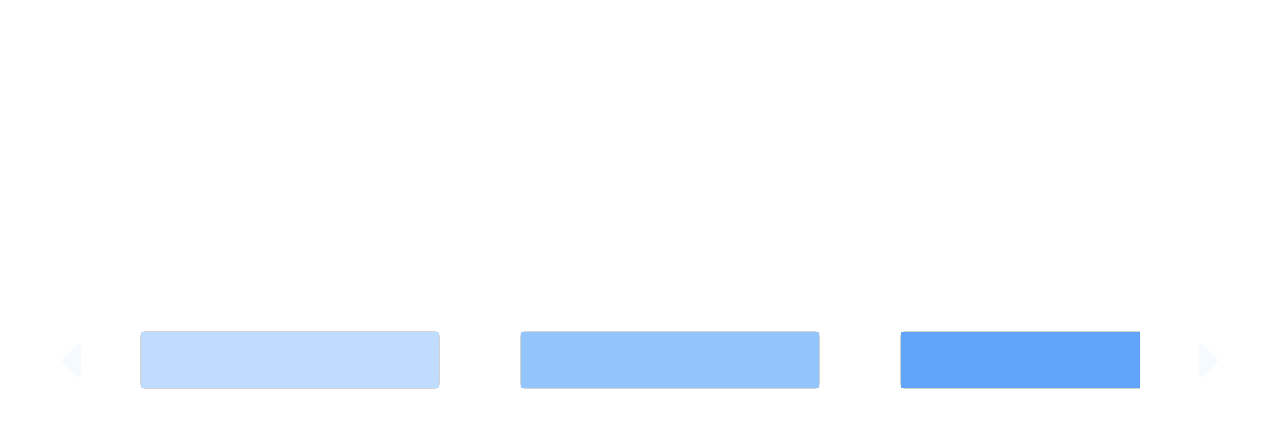
Repository: go23rishu/BagsWebsite
Page: bucketbagcarousel.html
The author's editor kept a copy of each file at every save. The page is drawn from the files as they stood at one save, then again after the next save.
The browser window is 1280 px wide. The pictures show the whole page.
Some web fonts or font styles are not loaded; a fallback is used. Some web libraries are served in a nearby version.

Above is the page before, as saved 2023-06-21 14:33:23.

After the next save:
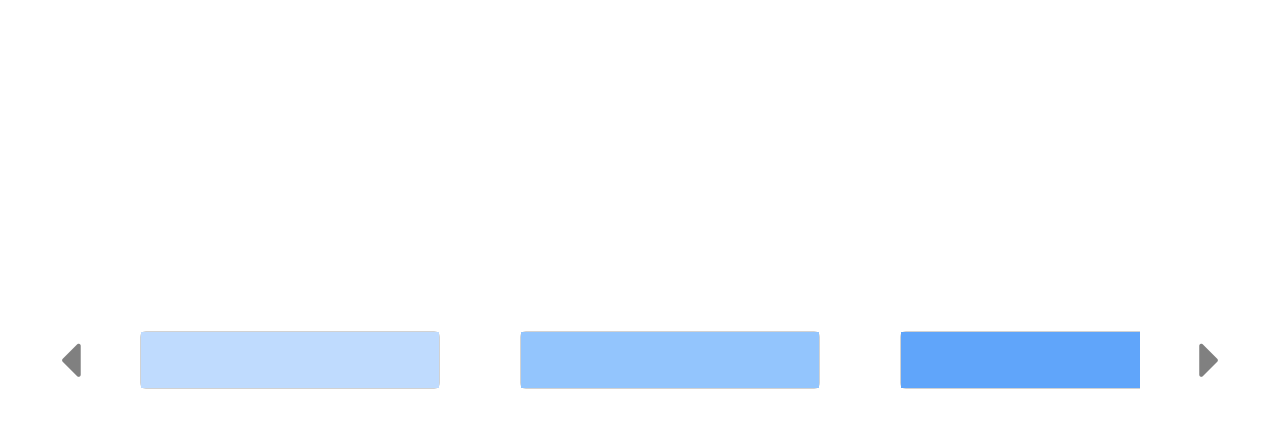
Saved 24 s later.
--- a/bucketbagcarousel.css
+++ b/bucketbagcarousel.css
@@ -4,7 +4,7 @@
 #prev i,
 #next i {
   font-size: 58px;
-  color: rgba(240, 248, 255, 0.749);
+  color: grey;
   font-weight: 200;
   padding: 0vh 4vw;
 }
